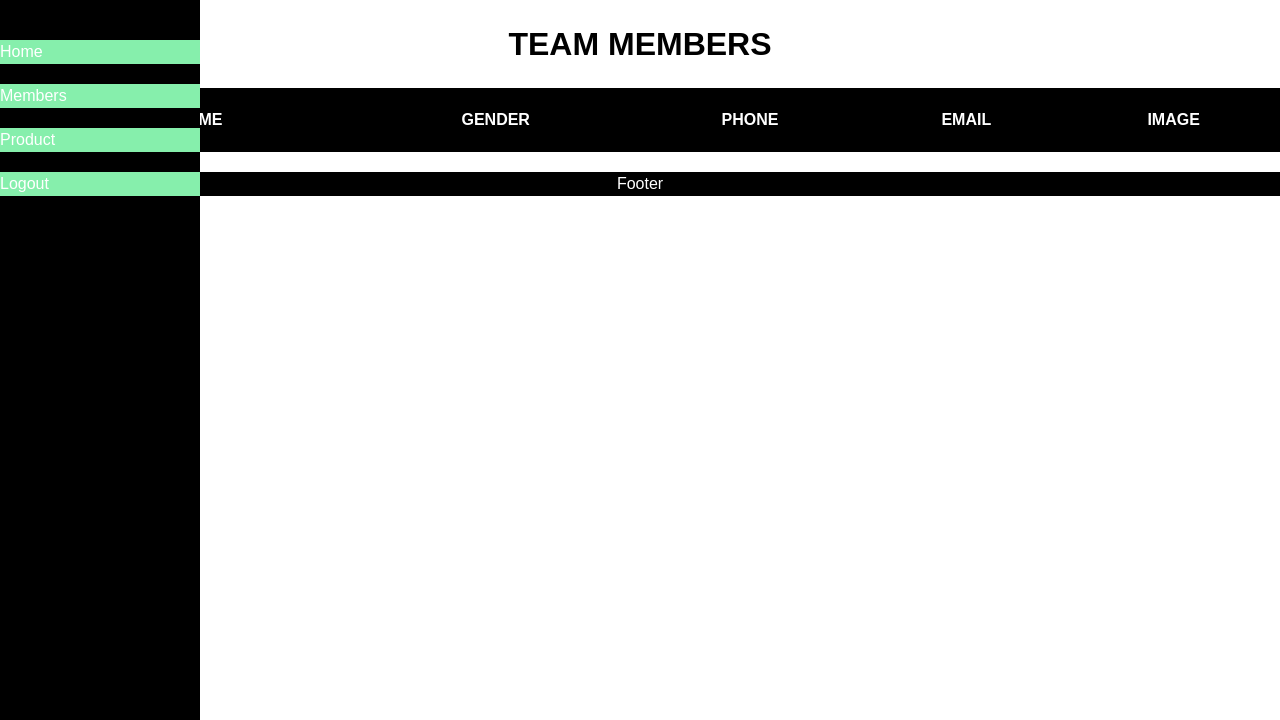
Repository: Eugene44-hub/SHRGroup46-capstone
Page: /members
The author's editor kept a copy of each file at every save. The page is drawn from the files as they stood at one save, then again after the next save.
The browser window is 1280 px wide. The pictures show the whole page.
The page's requests for data from a server got no answer. The project was rebuilt for these pictures with package versions that can differ from the ones it lists, and the page was loaded fresh each time. No one was signed in, and anything a server would have sent is missing.

Above is the page before, as saved 2022-05-19 15:30:47.

After the next save:
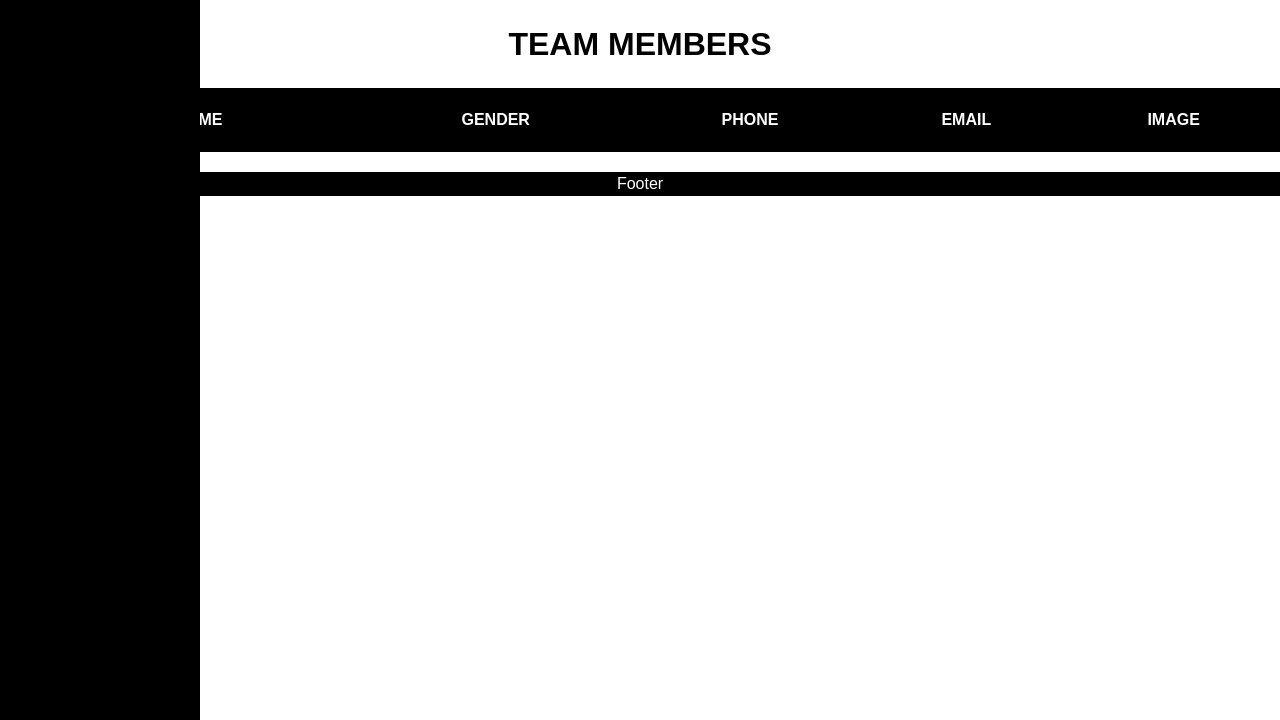
Saved 37 s later.
--- a/src/components/nav/Nav.jsx
+++ b/src/components/nav/Nav.jsx
@@ -25,7 +25,7 @@ const Nav = () => {
       <div className='fixed w-[200px] bg-black z-50 pt-5 top-0 h-full'>
       <ul>
 
-{navItems.map((navItem,index)=>(<li className='my-5 bg-green-300'>
+{navItems.map((navItem,index)=>(<li className='my-5 hover:bg-gray-200 text-black'>
   <button className='capitalize ' onClick={()=>navigate(navItem.url)}>{navItem.item}</button>
 </li>))}
 <li>
